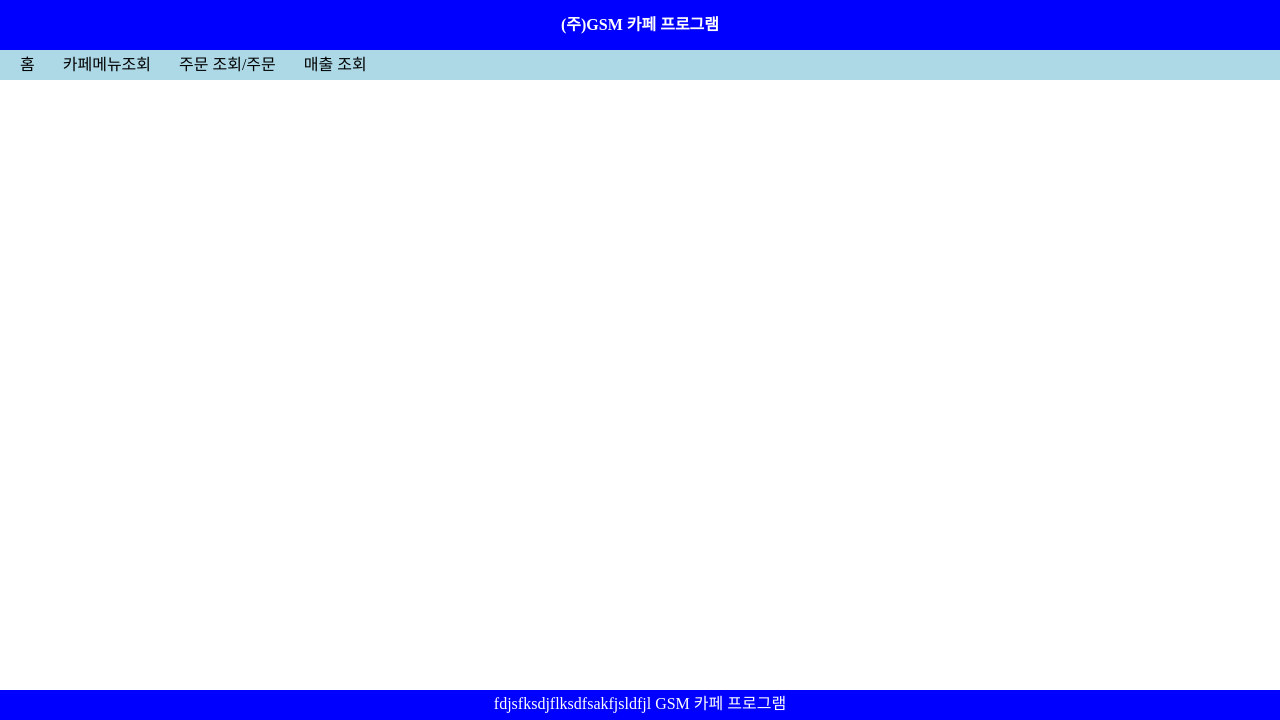
Repository: jiye-stingray/JSP
Page: http://localhost/Cafe/
An editor plug-in stored every save of this project. The page is shown before and after the next save, followed by the edit.
The browser window is 1280 px wide. The pictures show the whole page.
The page is served by Tomcat 9.

Above is the page before, as saved 2022-09-22 11:00:20.

After the next save:
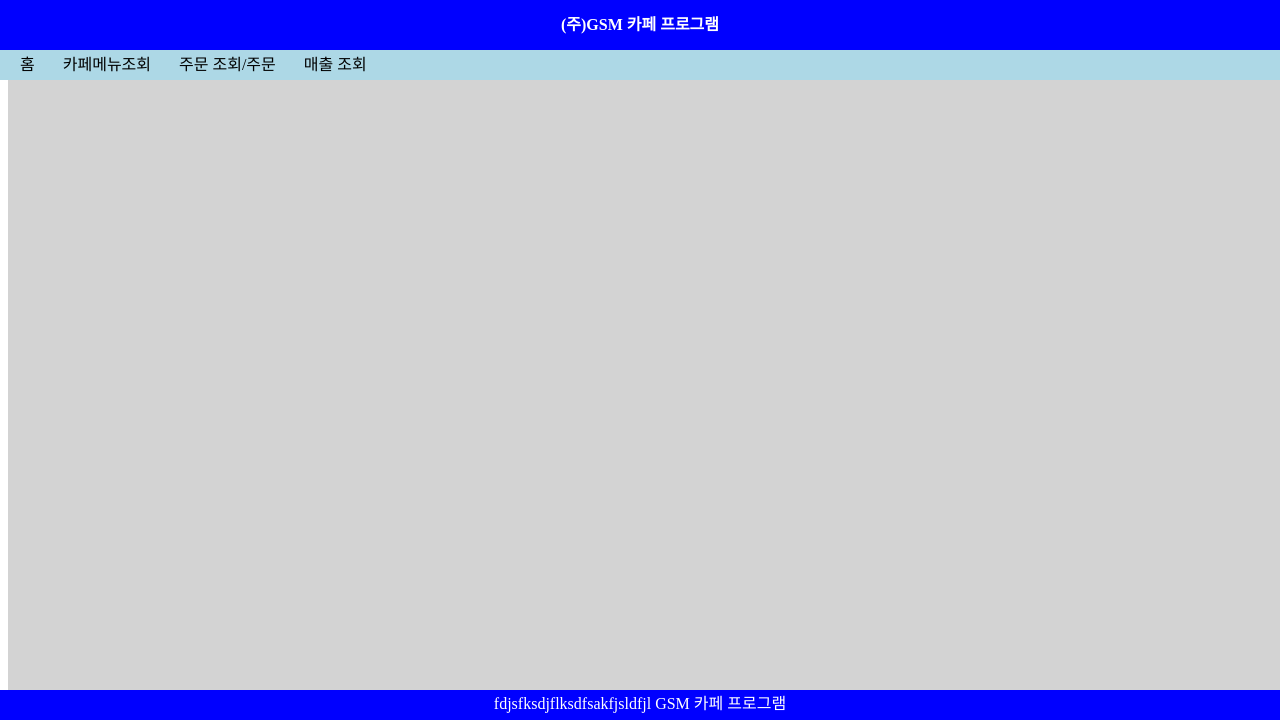
Saved 18 s later.
--- a/WithMIRA/Cafe/src/main/webapp/index.jsp
+++ b/WithMIRA/Cafe/src/main/webapp/index.jsp
@@ -10,7 +10,7 @@
 <body>
 <jsp:include page="header.jsp"></jsp:include>
 
-<section style = "position: fixed; width:100%; height: 100%; top:80px;">
+<section style = "position: fixed; width:100%; height: 100%; top:80px; background-color: lightgray">
 
 </section>
 
